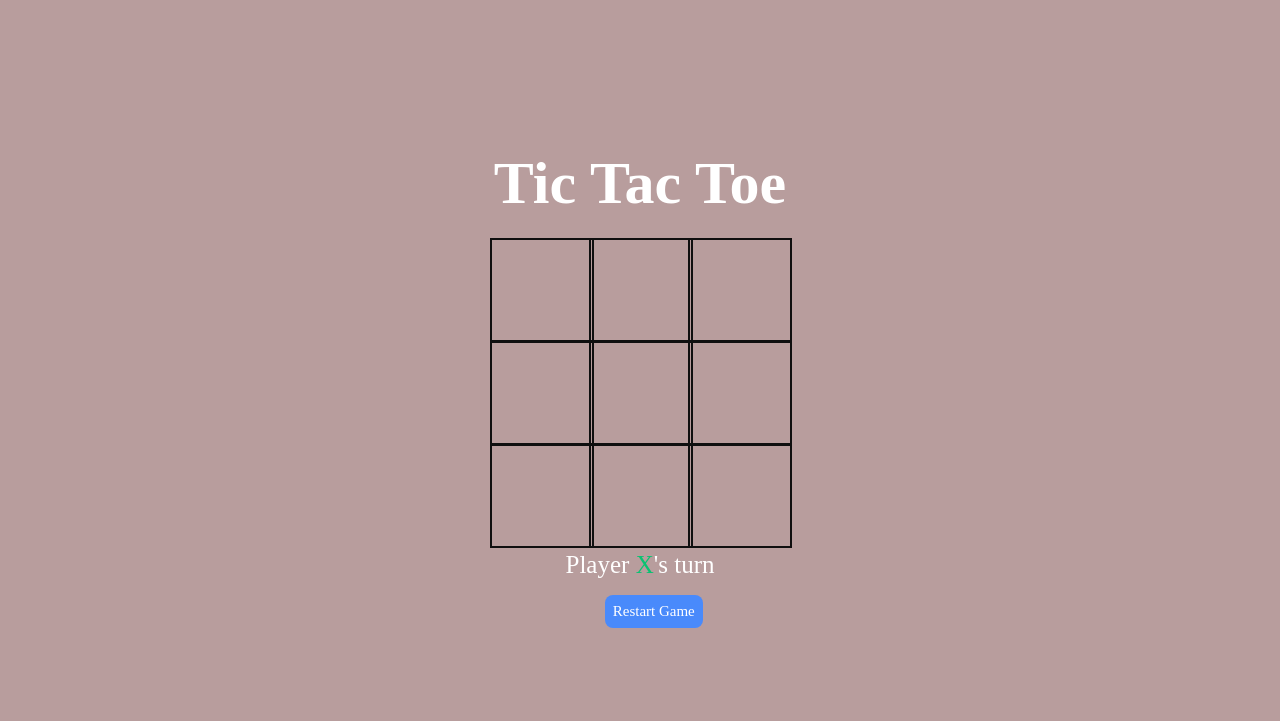
Repository: sedashahnazaryan/tic-tac-too
Page: index.html
The author's editor kept a copy of each file at every save. The page is drawn from the files as they stood at one save, then again after the next save.
The browser window is 1280 px wide. The pictures show the whole page.

Above is the page before, as saved 2022-02-01 01:33:17.

### index.html
<!DOCTYPE html>
<html lang="en">
  <head>
    <meta charset="UTF-8" />
    <meta http-equiv="X-UA-Compatible" content="IE=edge" />
    <meta name="viewport" content="width=device-width, initial-scale=1.0" />
    <link rel="stylesheet" href="./index.css" />
    <title>Tic-Tac-Toe</title>
  </head>
  <main class="background">
    <section class="title">
        <h1>Tic Tac Toe</h1>
    </section>

    <section class="container">
        <div class="tile"></div>
        <div class="tile"></div>
        <div class="tile"></div>
        <div class="tile"></div>
        <div class="tile"></div>
        <div class="tile"></div>
        <div class="tile"></div>
        <div class="tile"></div>
        <div class="tile"></div>
    </section>
    <section class="display">
        Player <span class="display-player playerX">X</span>'s turn
    </section>
    <section class="display announcer hide"></section>
    <section class="controls">
        <button id="restart">Restart Game</button>
    </section>
</main>
  <body>
    <script src="index.js"></script>
  </body>
</html>

### index.css
* {
    padding: 0;
    margin: 0;
    font-family: 'Itim', cursive;
}
.background{
    background-color: #b89d9d;
    height: 100vh;
    padding-top: 1px;
}
.title{
    padding: 20px;
    color: white;
    text-align: center;
    font-size: 40px;
    margin-top: 10%;
}
.display
{
    color:white;
    font-size: 25px;
    text-align: center;
    margin-top: 1px;
    margin-bottom: 1pc;
}
.hide{
    display: none;
}
.container {
    margin: 0 auto;
    display: grid;
    grid-template-columns: 33% 33% 33%;
    grid-template-rows: 33% 33% 33%;
    max-width: 300px;
}
.tile {
    border: 2px solid rgb(15, 15, 15);
    min-width: 100px;
    min-height: 100px;
    display: flex;
    justify-content: center;
    align-items: center;
    font-size: 50px;
    cursor: pointer;
}
.playerX {
    color: #09C372;
}

.playerO {
    color: #498AFB;
}
.contrtols{
    display: flex;
    flex-direction: row;
    justify-content:center;
    align-items: center;
    margin-top: 1cm;
}
#restart{
    background-color: #498AFB;
    color: white;
    padding: 8px;
    border-radius: 8px;
    border: none;
    font-size: 15px;
    margin-left: 16cm;
    cursor: pointer;

}

### index.js
window.addEventListener('DOMContentLoaded', () => {
    const tiles = Array.from(document.querySelectorAll('.tile'));
const playerDisplay = document.querySelector('.display-player');
const restartButton = document.querySelector('#restart');
const announcer = document.querySelector('.announcer');

let board = ['', '', '', '', '', '', '', '', ''];
let currentPlayer = 'X';
let isGameActive = true;

const PLAYERX_WON = 'PLAYERX_WON';
const PLAYERO_WON = 'PLAYERO_WON';
const TIE = 'TIE';

const winningConditions = [
    [0, 1, 2],
    [3, 4, 5],
    [6, 7, 8],
    [0, 3, 6],
    [1, 4, 7],
    [2, 5, 8],
    [0, 4, 8],
    [2, 4, 6]
 ];
 function handleResultValidation() {
    let roundWon = false;
    for (let i = 0; i <= 7; i++) {
      const winCondition = winningConditions[i];
      const a = board[winCondition[0]];
      const b = board[winCondition[1]];
      const c = board[winCondition[2]];
      if (a === "" || b === "" || c === "") {
        continue;
      }
      if (a === b && b === c) {
        roundWon = true;
        break;
      }
    }

    if (roundWon) {
      announce(currentPlayer === "X" ? PLAYERX_WON : PLAYERO_WON);
      isGameActive = false;
      return;
    }

    if (!board.includes(""))
    announce(TIE);
  }
 const announce = (type) => {
    switch(type){
       case PLAYERO_WON:
            announcer.innerHTML = 'Player <span class="playerO">O</span> Won';
            break;
       case PLAYERX_WON:
            announcer.innerHTML = 'Player <span class="playerX">X</span> Won';
            break;
       case TIE:
            announcer.innerText = 'Tie';
        }
    announcer.classList.remove('hide');
};
const isValidAction = (tile) => {
    if (tile.innerText === 'X' || tile.innerText === 'O'){
        return false;
    }

    return true;
};
const updateBoard =  (index) => {
    board[index] = currentPlayer;
 }
 const changePlayer = () => {
    playerDisplay.classList.remove(`player${currentPlayer}`);
    currentPlayer = currentPlayer === 'X' ? 'O' : 'X';
    playerDisplay.innerText = currentPlayer;
    playerDisplay.classList.add(`player${currentPlayer}`);
}
 const userAction = (tile, index) => {
    if (isValidAction(tile) && isGameActive) {
      tile.innerText = currentPlayer;
      tile.classList.add(`player${currentPlayer}`);
      updateBoard(index);
      handleResultValidation();
      changePlayer();
    }
  };
  const restartBoard = () => {
    board = ['', '', '', '', '', '', '', '', ''];
    isGameActive = true;
    announcer.classList.add('hide');

    if (currentPlayer === 'O') {
        changePlayer();
    }

    tiles.forEach(tile => {
        tile.innerText = '';
        tile.classList.remove('playerX');
        tile.classList.remove('playerO');
    });
}
 tiles.forEach( (tile, index) => {
    tile.addEventListener('click', () => userAction(tile, index));
});
    restartButton.addEventListener('click', restartBoard);

  });



// let board =[
//     ["-","-","-"],
//     ["-","-","-"],
//     ["-","-","-"]
// ];
// let boardStr =board[0].join(" ")+
// "\n"+
// board[1].join(" ")+
// "\n"+
// board[2].join(" ");

After the next save:
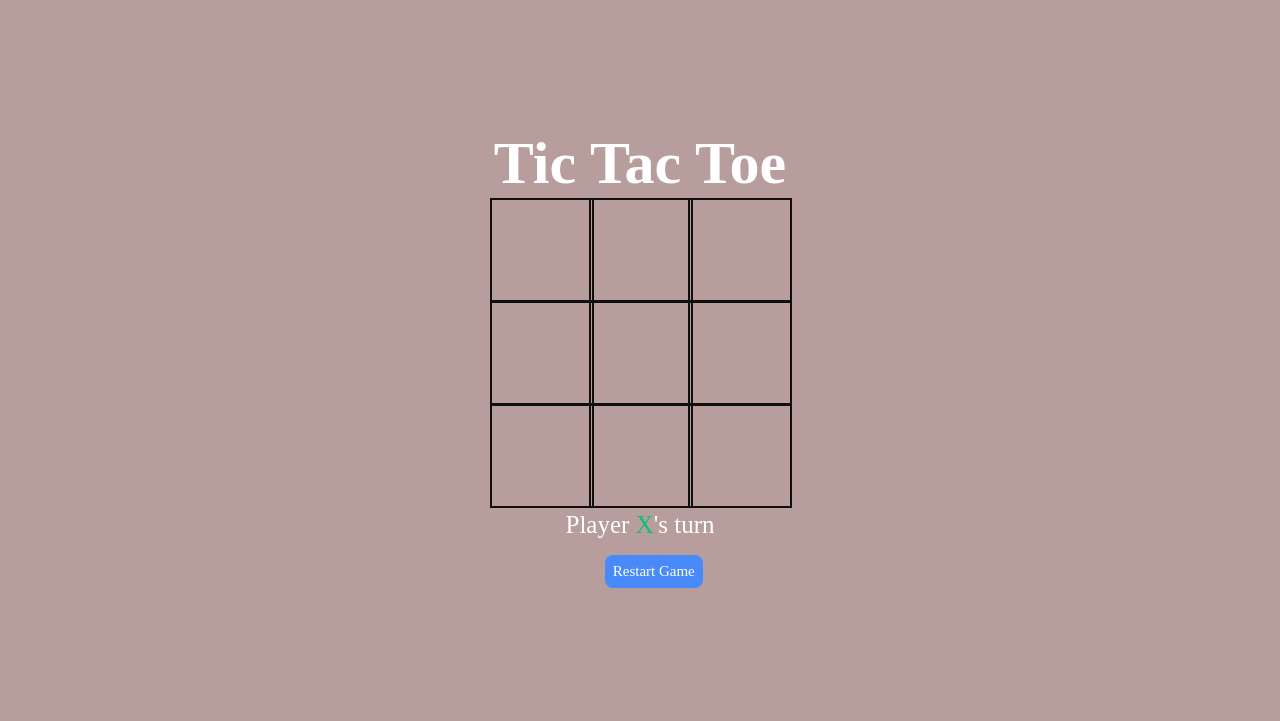
Saved 4 s later.
--- a/index.css
+++ b/index.css
@@ -9,7 +9,7 @@
     padding-top: 1px;
 }
 .title{
-    padding: 20px;
+    padding: 0px;
     color: white;
     text-align: center;
     font-size: 40px;
